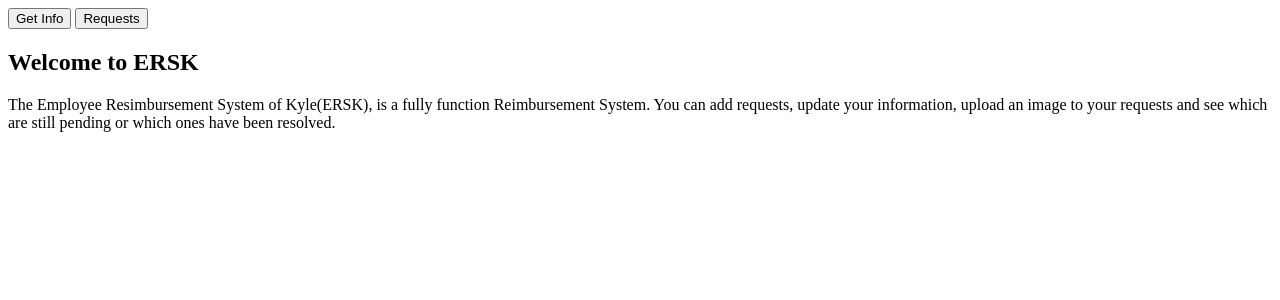
Repository: 1807-mehrab/project-1-KyleAButterfield
Page: ERSK/ERSK/src/main/webapp/EmployeeHomePage.html
An editor plug-in stored every save of this project. The page is shown before and after the next save, followed by the edit.
The browser window is 1280 px wide. The pictures show the whole page.

Above is the page before, as saved 2018-07-28 15:47:51.

### ERSK/ERSK/src/main/webapp/EmployeeHomePage.html
<!DOCTYPE html>
<html>
<head>
<meta charset="ISO-8859-1">
<title>ERSK-Home Page</title>
	<div id="dashboard">
	 <input type="button" onClick ="getInfo()" value="Get Info">
	<input type="button" onClick="loadRequests()" value="Requests">
	</div>
	<script src="functions.js"></script>
</head>
<body>
	<div id="body">
	<h2>Welcome to ERSK</h2>
	<p>The Employee Resimbursement System of Kyle(ERSK), is a fully function Reimbursement System.
	 You can add requests, update your information, upload an image to your requests and see which are still pending
	 or which ones have been resolved.   </p>

	</div>
</body>

</html>

Loaded but not shown: ERSK/ERSK/src/main/webapp/functions.js (no copy from this time; the picture is the same without it)

After the next save:
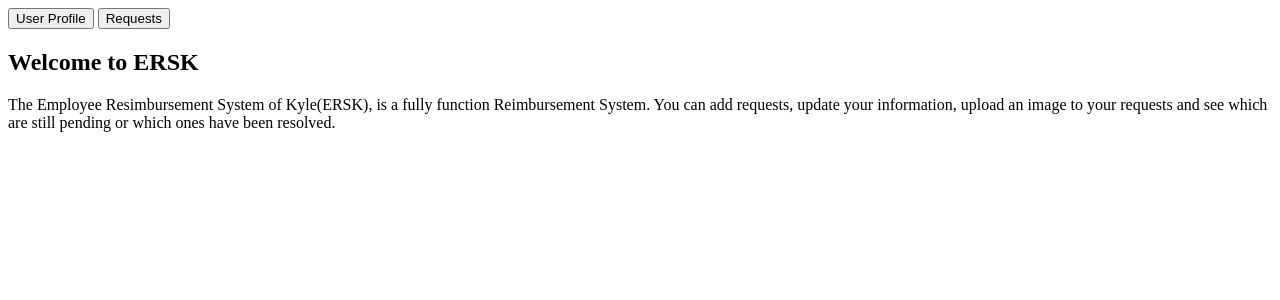
Saved 5 h 31 min later.
--- a/ERSK/ERSK/src/main/webapp/EmployeeHomePage.html
+++ b/ERSK/ERSK/src/main/webapp/EmployeeHomePage.html
@@ -4,7 +4,7 @@
 <meta charset="ISO-8859-1">
 <title>ERSK-Home Page</title>
 	<div id="dashboard">
-	 <input type="button" onClick ="getInfo()" value="Get Info">
+	 <input type="button" onClick ="getInfo()" value="User Profile">
 	<input type="button" onClick="loadRequests()" value="Requests">
 	</div>
 	<script src="functions.js"></script>
